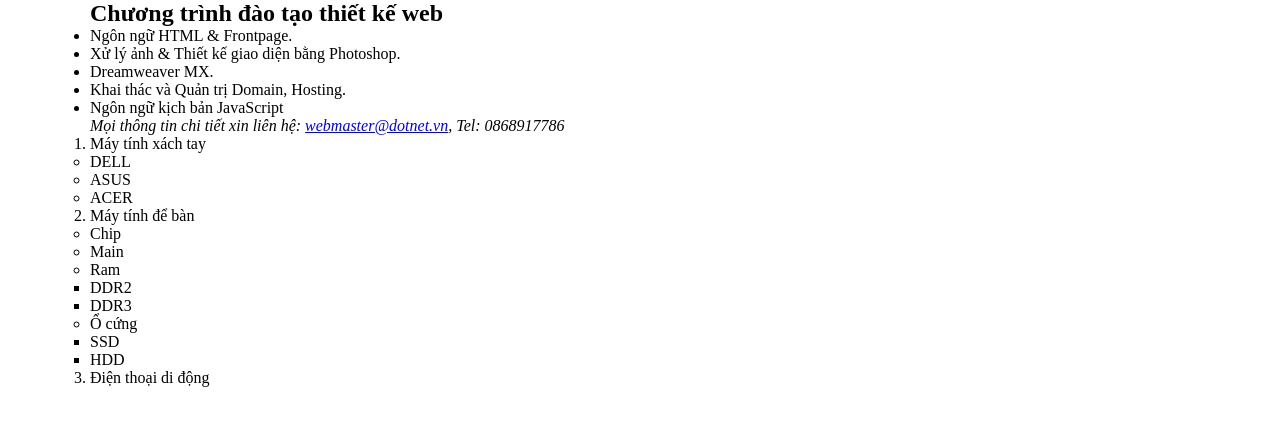
Repository: tuiladev/TKW
Page: ListTag/index.html
The author's editor kept a copy of each file at every save. The page is drawn from the files as they stood at one save, then again after the next save.
The browser window is 1280 px wide. The pictures show the whole page.

Above is the page before, as saved 2022-03-15 22:56:30.

After the next save:
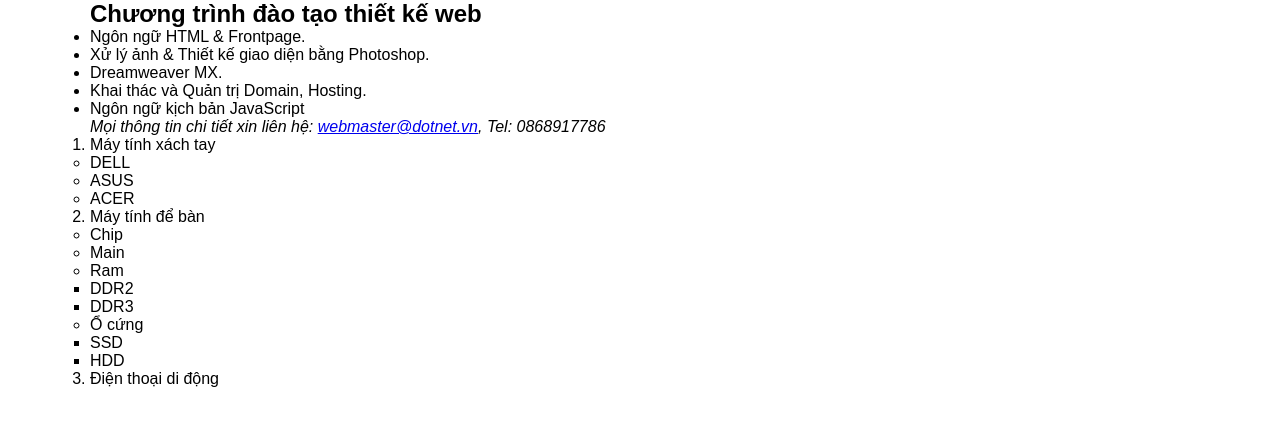
Saved 6 s later.
--- a/ListTag/index.html
+++ b/ListTag/index.html
@@ -14,7 +14,8 @@
       .wrapper {
         max-width: 1100px;
         margin: 0 auto;
-        font
+        font-family: sans-serif;
+        font-size: 16px;
       }
     </style>
   </head>

After the save that followed:
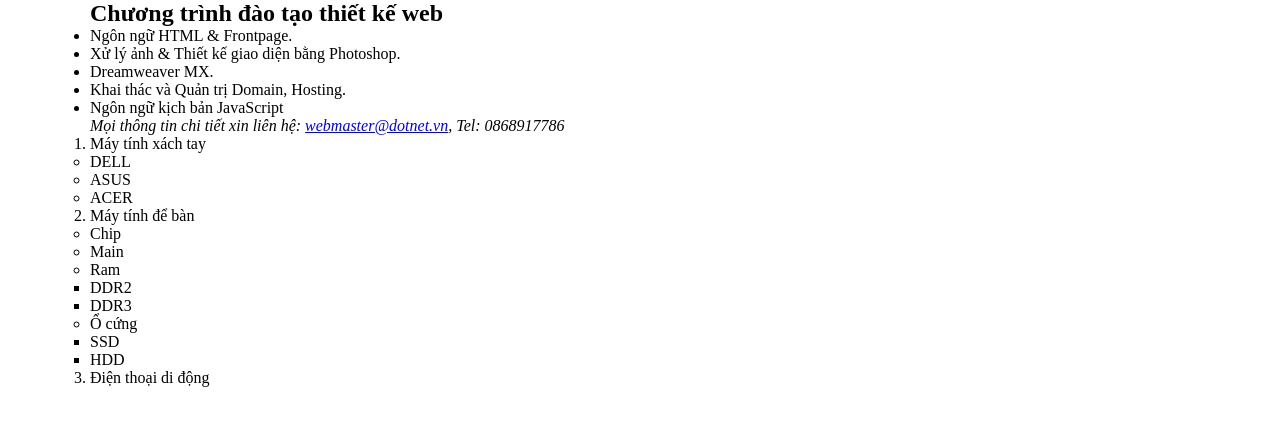
Saved 7 s later.
--- a/ListTag/index.html
+++ b/ListTag/index.html
@@ -14,7 +14,7 @@
       .wrapper {
         max-width: 1100px;
         margin: 0 auto;
-        font-family: sans-serif;
+        font-family: -serif;
         font-size: 16px;
       }
     </style>
